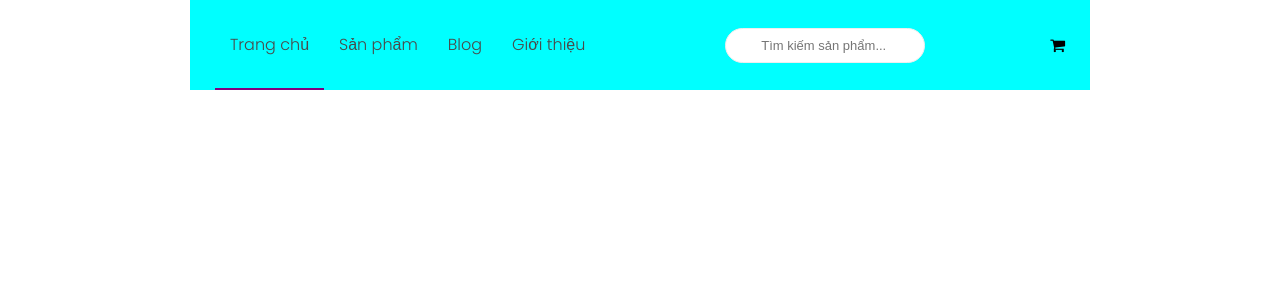
Repository: dungle03/tke_web_nhom_15
Page: index.html
These files come from the project's save history. The page is drawn as it stood at one moment and after the next save; the edit follows.
The browser window is 1280 px wide. The pictures show the whole page.

Above is the page before, as saved 2022-09-12 23:16:53.
Not found: resest.css

### index.html
<!DOCTYPE html>
<html lang="en">
<head>
    <meta charset="UTF-8">
    <meta http-equiv="X-UA-Compatible" content="IE=edge">
    <meta name="viewport" content="width=device-width, initial-scale=1.0">
    <title>Home</title>
    <link
    rel="stylesheet"
    href="https://cdnjs.cloudflare.com/ajax/libs/font-awesome/4.7.0/css/font-awesome.min.css"
    integrity="sha512-SfTiTlX6kk+qitfevl/7LibUOeJWlt9rbyDn92a1DqWOw9vWG2MFoays0sgObmWazO5BQPiFucnnEAjpAB+/Sw=="
    crossorigin="anonymous"
  />
  <link href="https://fonts.googleapis.com/css2?family=Poppins:wght@300&display=swap" rel="stylesheet">
    <link rel="stylesheet" href="./resest.css">
    <link rel="stylesheet" href="./CSS/header.css">
    <link rel="stylesheet"  href="./CSS/footer.css">
</head>
<body>
    <div id="main">
        <div id="main-header">
            <!-- <div class="icon-logo" style="display: inline-block;">
                <img src="https://file.hstatic.net/1000281824/file/tote-1_33445b051a404bb790b6d0df0275ac8d.png" alt="">
            </div> -->
            <ul class="header-wrap-main">
                <li >
                    <a  href="#" >Trang chủ</a>
                    <div class="active"></div>
                </li>
                <li>
                    <a href="#">Sản phẩm</a>
                    <div class=""></div>
                </li>
                <li>
                    <a href="#">Blog</a>
                    <div class=""></div>
                </li>
                <li>
                    <a href="#">Giới thiệu</a>
                    <div class=""></div>
                </li>
            </ul>
            <div class="wrap-search">
                <i class="ti-search icon-search"></i>
                <input type="text" class="input-search" placeholder="Tìm kiếm sản phẩm...">
            </div>
            <i class="fa fa-shopping-cart icon-cart"></i>
        </div>
</body>
</html>

### CSS/header.css
html {
    font-family: "Poppins", sans-serif;
    box-sizing: border-box;
    font-size: 62.5%;

  }
  * {
    margin: 0;
    padding: 0;
  }
  *,
  *:before,
  *:after {
    box-sizing: border-box;
  }
  input,
  textarea,
  select,
  button {
    outline: none;
  }
  input {
    line-height: normal;
  }
  label,
  button {
    cursor: pointer;
  }
  a {
    text-decoration: none;
  }
  img {
    display: block;
    max-width: 100%;
  }
/* ////////////////////////////////////////////////////// */
  #main{
    padding:0 190px ;
  }

  #main-header{
      width: 100%;
      height: 90px;
      padding:0px 25px;
      display: flex;
      align-items: center;
      justify-content: space-between;
      background-color: #fff;
      background-color: aqua;

  }

  .header-wrap-main{
    display: flex;

    width: max-content;
    height: 100%;
  }

  .header-wrap-main a{
    align-items:
center;
color:
#4a4a4a;
display:
flex;
justify-content:
center;
line-height:
23.2px;
padding:
0px 15px;
text-align:
left;
text-decoration: none;
height: 100%;

  }

  .header-wrap-main li{
    position: relative;
  }

  .active{
    position: absolute;
    width: 100%;
    height: 2px;
    background-color: purple;
    bottom: 0;
  }


  .header-wrap-main li{
    list-style-type: none;
    width: max-content;
  }

  .wrap-search{
    position: relative;
  }
  .icon-search{
    position: absolute;
    top: 50%;
    left: 15px;
    transform: translate(-50%,-50%);
  }
  .input-search{
    width: 200px;
    height: 35px;
    padding-left: 35px;
    border-radius: 20px;
    border: 1px solid #eee;
    font-size: 13px;
  }

### CSS/footer.css
html {
    font-family: "Poppins", sans-serif;
    box-sizing: border-box;
    font-size: 16px;

  }
  * {
    margin: 0;
    padding: 0;
  }
  *,
  *:before,
  *:after {
    box-sizing: border-box;
  }
  input,
  textarea,
  select,
  button {
    outline: none;
  }
  input {
    line-height: normal;
  }
  label,
  button {
    cursor: pointer;
  }
  a {
    text-decoration: none;
  }
  img {
    display: block;
    max-width: 100%;
  }

After the next save:
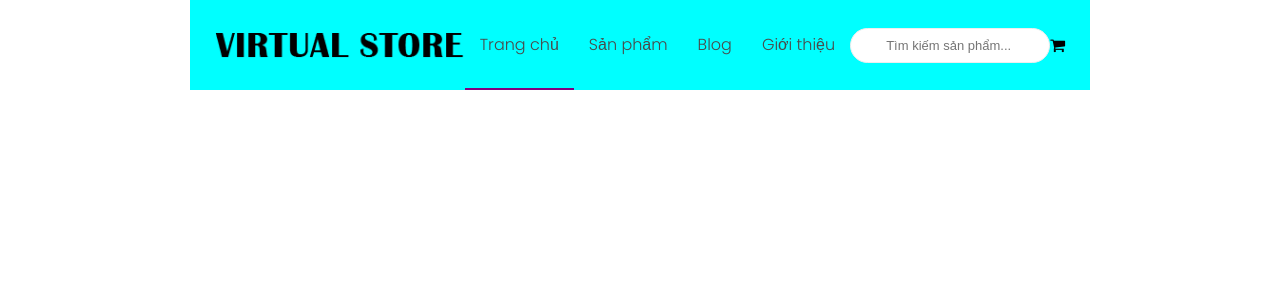
Saved 24 s later.
--- a/index.html
+++ b/index.html
@@ -19,9 +19,9 @@
 <body>
     <div id="main">
         <div id="main-header">
-            <!-- <div class="icon-logo" style="display: inline-block;">
-                <img src="https://file.hstatic.net/1000281824/file/tote-1_33445b051a404bb790b6d0df0275ac8d.png" alt="">
-            </div> -->
+            <div class="icon-logo" style="display: inline-block;">
+                <img src="./IMG/logo.png" alt="">
+            </div>
             <ul class="header-wrap-main">
                 <li >
                     <a  href="#" >Trang chủ</a>
